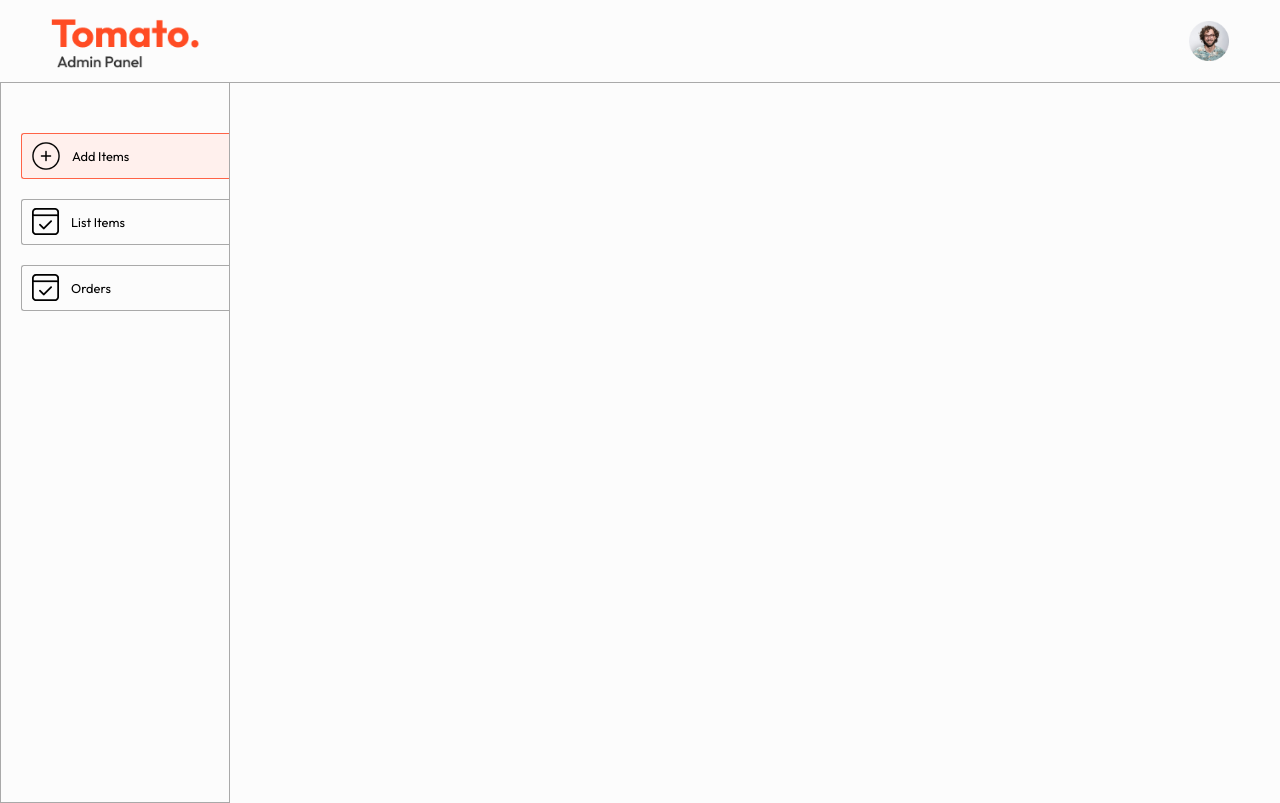
Repository: sodmaq/food-delivery
Page: /add (app in admin/)
The author's editor kept a copy of each file at every save. The page is drawn from the files as they stood at one save, then again after the next save.
The browser window is 1280 px wide. The pictures show the whole page.
The project was rebuilt for these pictures with package versions that can differ from the ones it lists, and the page was loaded fresh each time. Also part of the build but not shown: admin/vite.config.js, admin/src/pages/add/Add.css, admin/src/pages/orders/Orders.jsx. Imported but missing from the stored project, and not drawn on this page: admin/src/pages/list/List.

Above is the page before, as saved 2024-10-02 23:03:49.

After the next save:
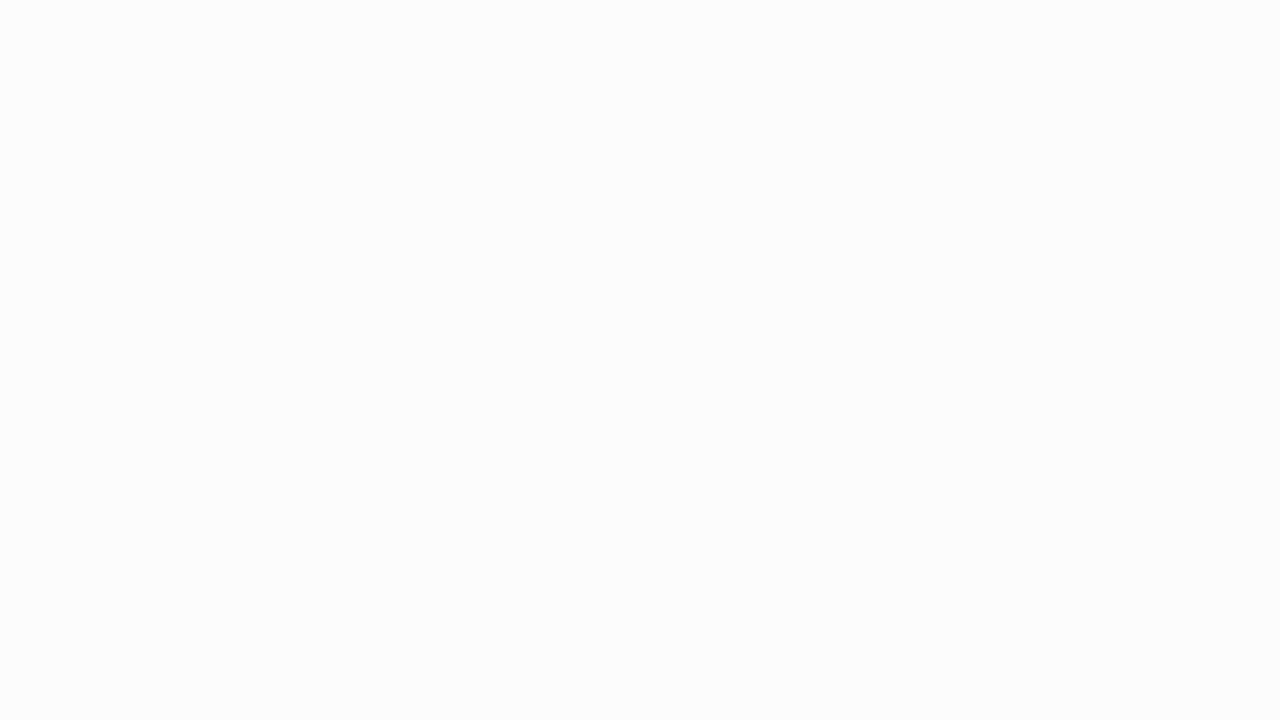
Console error: ReferenceError: assets is not defined
Saved 116 s later.
--- a/admin/src/pages/add/Add.jsx
+++ b/admin/src/pages/add/Add.jsx
@@ -3,9 +3,12 @@ import "./Add.css";
 const Add = () => {
   return (
     <div className="add">
-      <form action="">
-        <div>
-          <p></p>
+      <form action="" className="flex-col">
+        <div className="add-img-upload flex-col">
+          <p>Upload Image</p>
+          <label htmlFor="image">
+            <img src={assets.upload_area} alt="" />
+          </label>
         </div>
       </form>
     </div>

After the save that followed:
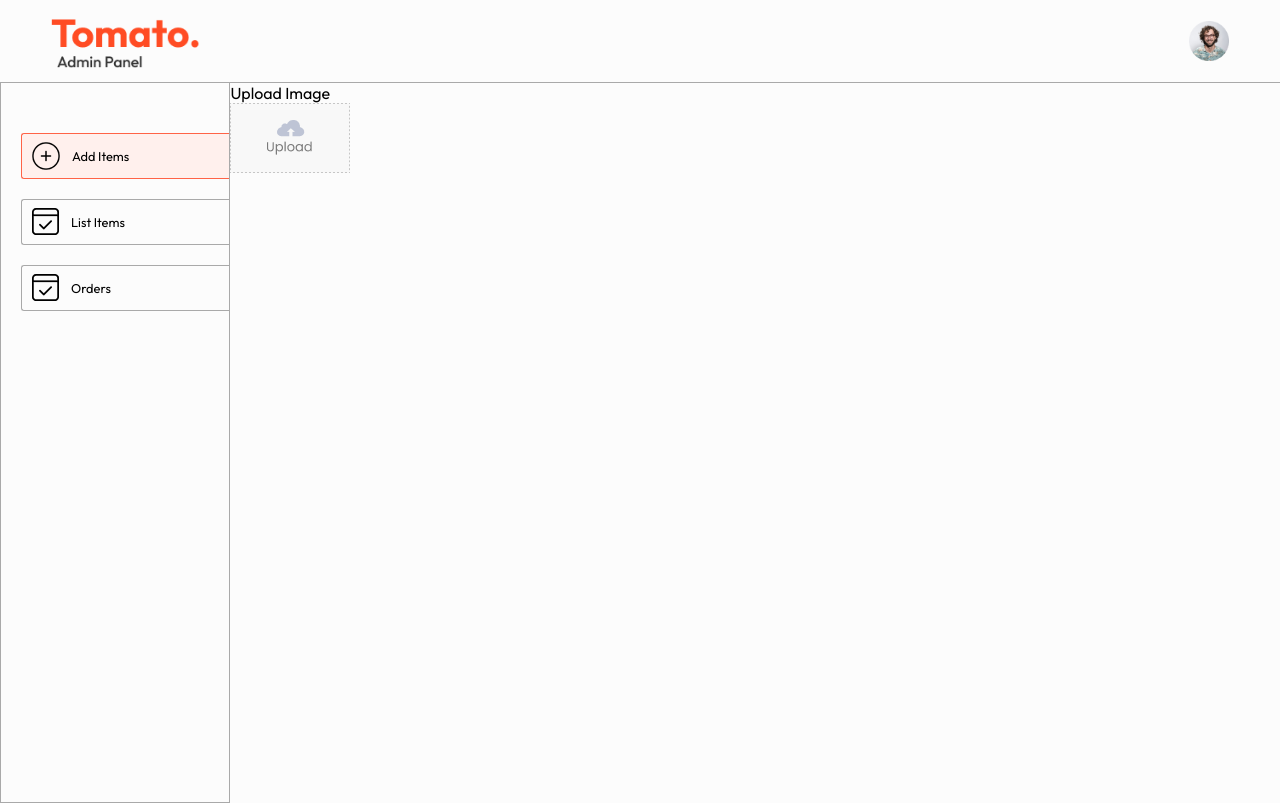
The error is gone.
Saved 10 s later.
--- a/admin/src/pages/add/Add.jsx
+++ b/admin/src/pages/add/Add.jsx
@@ -1,3 +1,4 @@
+import { assets } from "../../assets/assets";
 import "./Add.css";
 
 const Add = () => {
